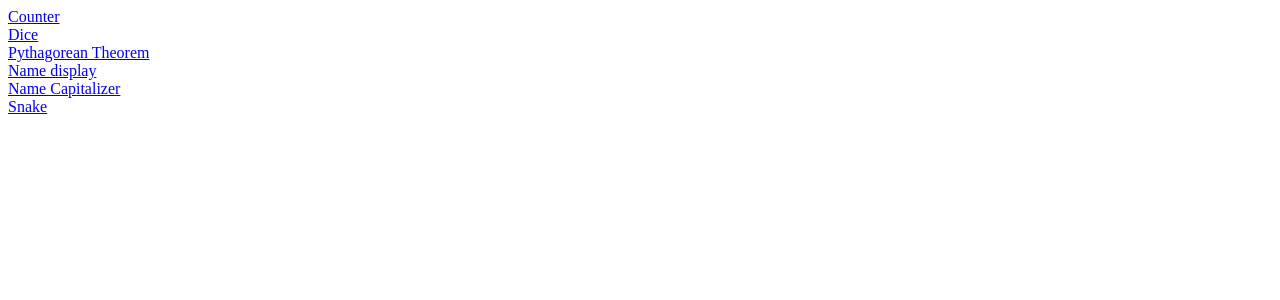
Repository: TyTyDaCodingGuy/Snake
Page: Home/home.html
An editor plug-in stored every save of this project. The page is shown before and after the next save, followed by the edit.
The browser window is 1280 px wide. The pictures show the whole page.

Above is the page before, as saved 2024-02-15 01:12:09.

### Home/home.html
<!DOCTYPE html>
<html lang="en">
<head>
    <meta charset="UTF-8">
    <meta name="viewport" content="width=device-width, initial-scale=1.0">
    <title>Home</title>
</head>
<body>

    <a href="../Counter/counter.html">Counter</a><br>
    <a href="../Dice/dice.html">Dice</a><br>
    <a href="../PTGTHM/ptgthm.html">Pythagorean Theorem</a><br>
    <a href="../Name/name.html">Name display</a><br>
    <a href="../Name Cap/namecap.html">Name Capitalizer</a><br>
    <a href="../Snake/snake.html">Snake</a><br>

    <script src="home.js"></script>
</body>
</html>

Loaded but not shown: Home/home.js (no stored copy; drawn as an empty file)

After the next save:
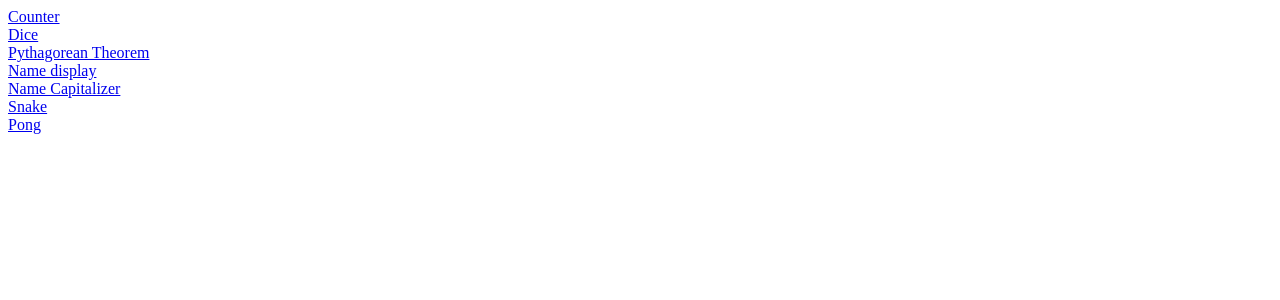
Saved 102 s later.
--- a/Home/home.html
+++ b/Home/home.html
@@ -13,6 +13,7 @@
     <a href="../Name/name.html">Name display</a><br>
     <a href="../Name Cap/namecap.html">Name Capitalizer</a><br>
     <a href="../Snake/snake.html">Snake</a><br>
+    <a href="../Pong/index.html">Pong</a>
 
     <script src="home.js"></script>
 </body>
